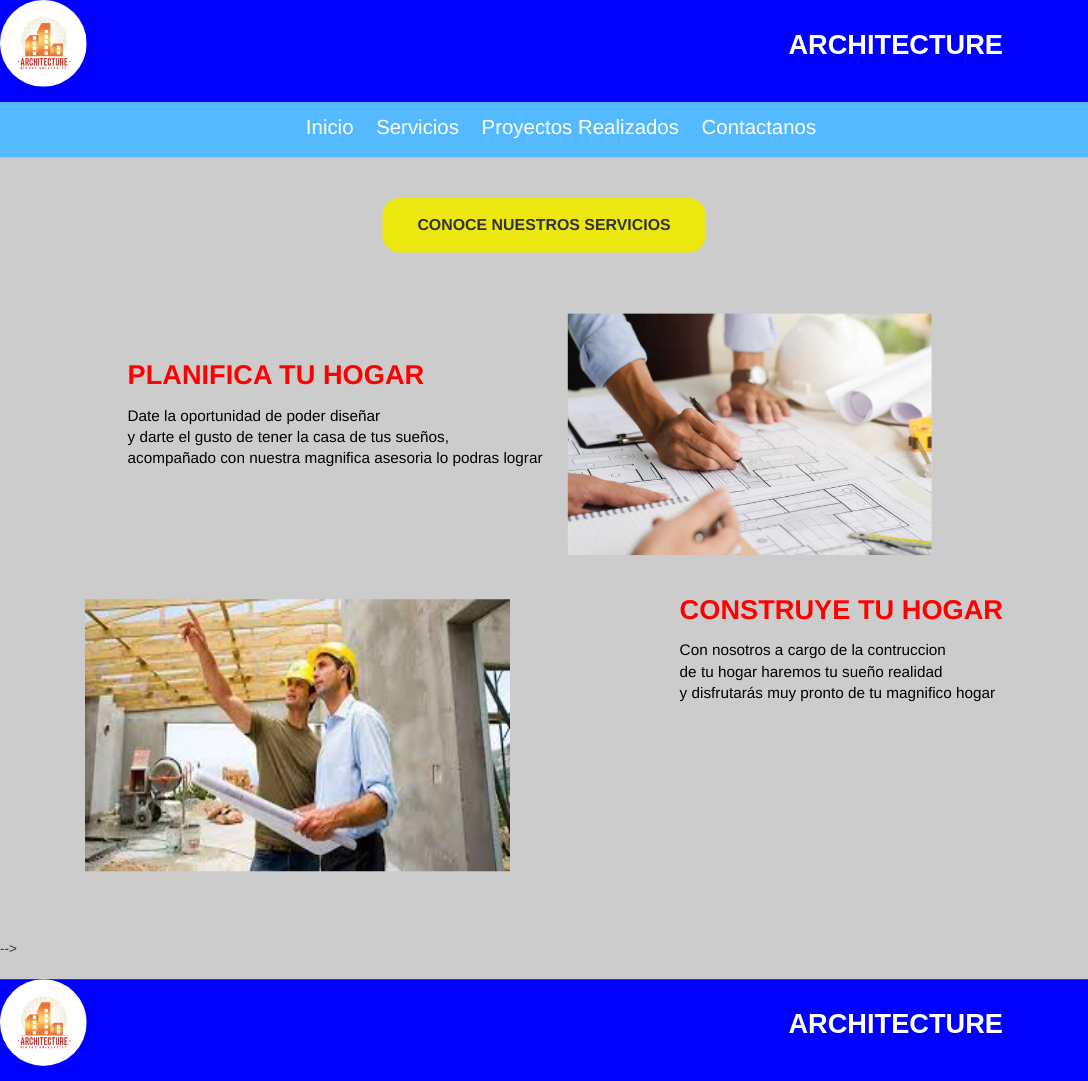
Repository: gabrielestrella18/htdocs
Page: http://localhost/arquitectos/servicios.php
These files come from the project's save history. The page is drawn as it stood at one moment and after the next save; the edit follows.
The browser window is 1280 px wide. The pictures show the whole page, at 85% of full size.
The page is run by PHP 8.4 with error messages shown; the project is at /var/www/html/.

Above is the page before, as saved 2023-12-07 21:44:05.

After the next save:
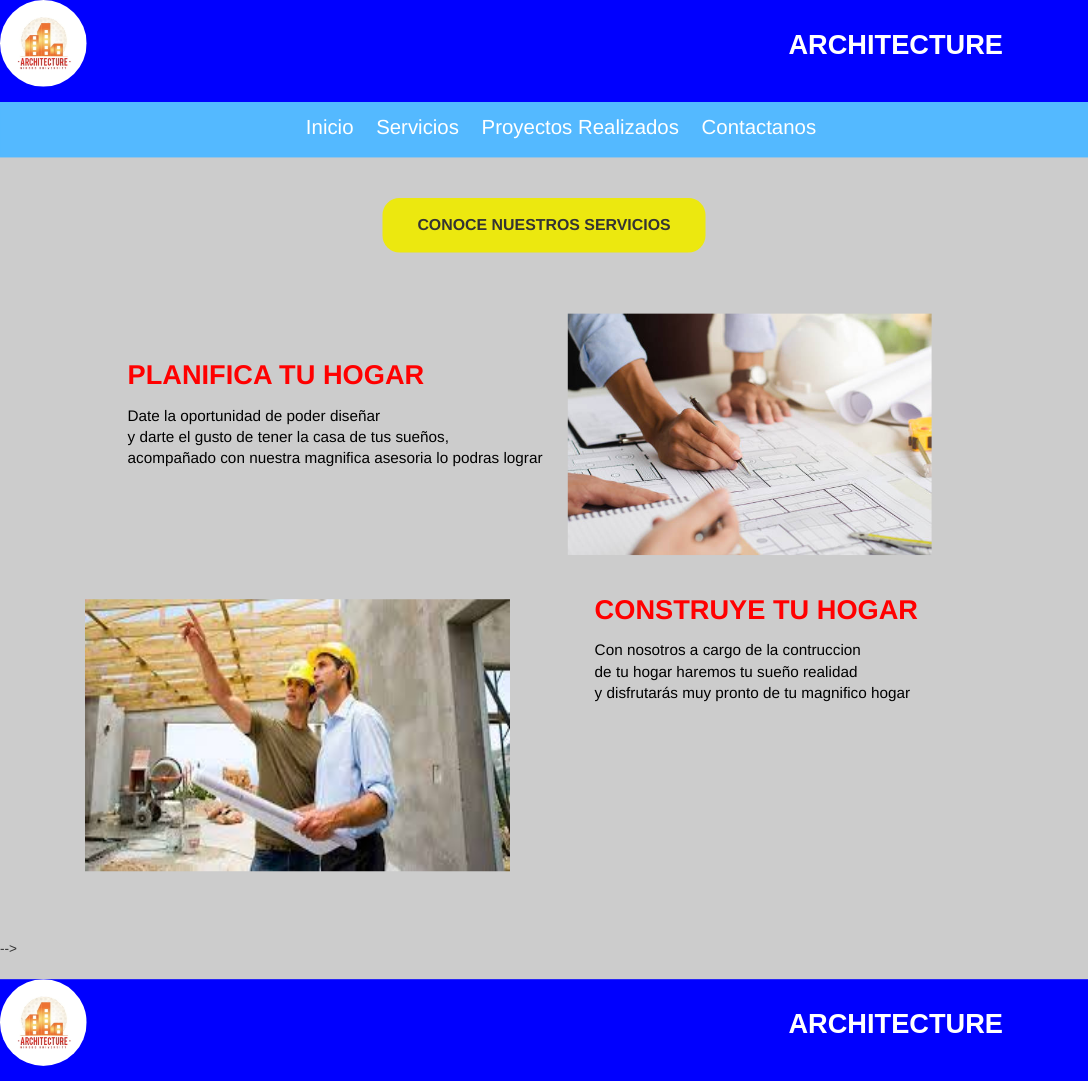
Saved 11 s later.
--- a/arquitectos/estilo.css
+++ b/arquitectos/estilo.css
@@ -174,7 +174,7 @@ p {
 
 .caja3 {
     float: right;
-    padding-right: 100px;
+    padding-right: 200px;
 }
 
 .cons {
